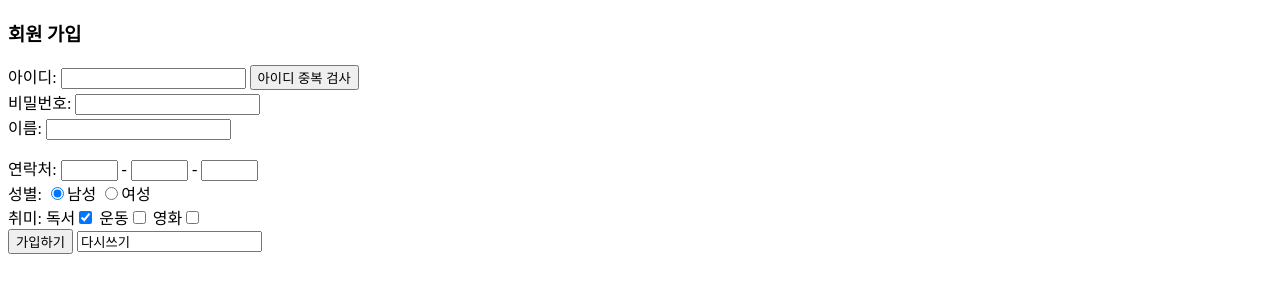
Repository: SJM7301/KH-JSP
Page: http://localhost/JSPBook/ch06/form01.jsp
The author's editor kept a copy of each file at every save. The page is drawn from the files as they stood at one save, then again after the next save.
The browser window is 1280 px wide. The pictures show the whole page.
The page is served by Tomcat 10.

Above is the page before, as saved 2025-02-05 00:48:18.

After the next save:
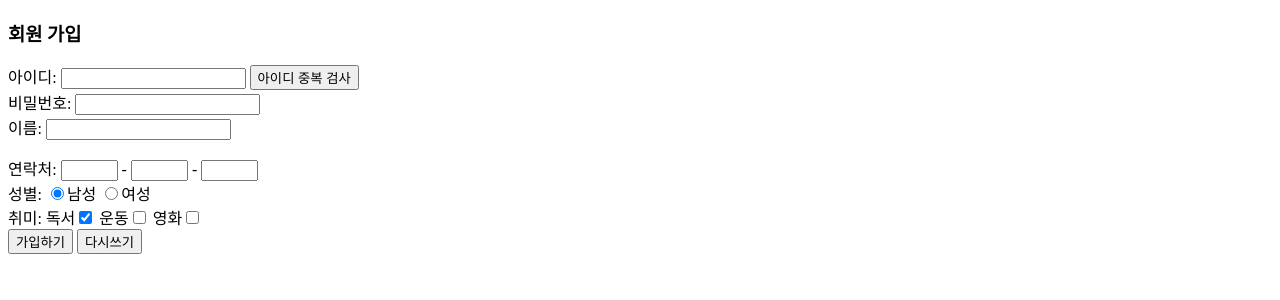
Saved 27 s later.
--- a/JSPBook/src/main/webapp/ch06/form01.jsp
+++ b/JSPBook/src/main/webapp/ch06/form01.jsp
@@ -22,7 +22,7 @@
 				운동<input type="checkbox" name="hobby2">
 				영화<input type="checkbox" name="hobby3"><br>
 			<input type="submit" value="가입하기">
-			<input type="text" value="다시쓰기">
+			<input type="reset" value="다시쓰기">
 		</p>
 	</form>
 </body>
